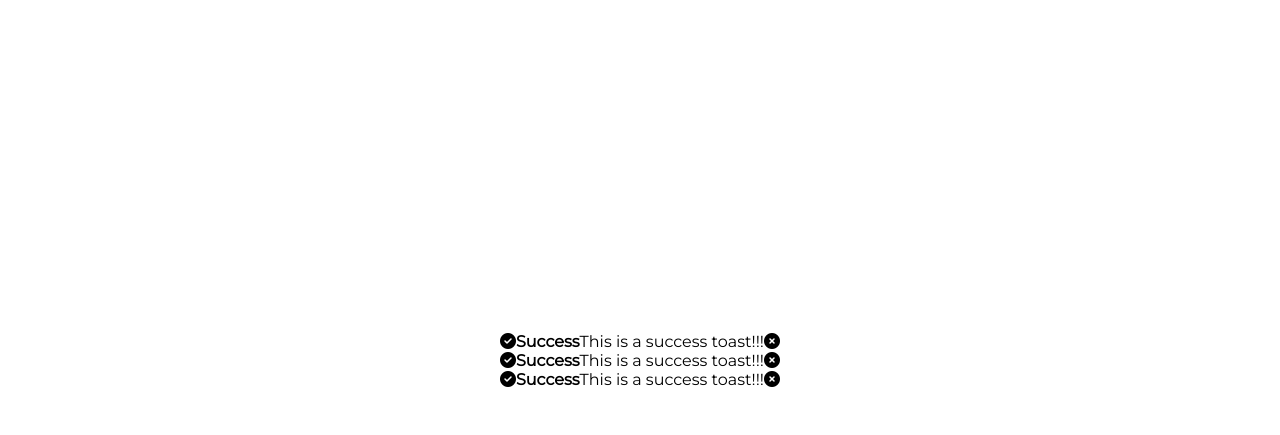
Repository: thuynguyen0964/Toast-Cooler
Page: index.html
The author's editor kept a copy of each file at every save. The page is drawn from the files as they stood at one save, then again after the next save.
The browser window is 1280 px wide. The pictures show the whole page.

Above is the page before, as saved 2023-01-26 20:18:31.

### index.html
<!DOCTYPE html>
<html lang="en">
<head>
    <meta charset="UTF-8">
    <meta http-equiv="X-UA-Compatible" content="IE=edge">
    <meta name="viewport" content="width=device-width, initial-scale=1.0">
    <title>Toast Mess Cooler</title>
    <link href="https://fonts.googleapis.com/css2?family=Montserrat:wght@300;400&display=swap" rel="stylesheet">
    <link rel="stylesheet" href="https://cdnjs.cloudflare.com/ajax/libs/font-awesome/6.2.1/css/all.min.css">
    <link rel="stylesheet" href="./app/style.css">
</head>
<body>
    <ul class="container">
        <li class="toast success">
            <div class="icon">
                <i class="fa-solid fa-circle-check"></i>
            </div>
            <h4 class="toast__title">
                Success
            </h4>
            <p class="toast__desc">
                This is a success toast!!!
            </p>
            <div class="icon__close">
                <i class="fa-solid fa-circle-xmark"></i>
            </div>
        </li>
        <li class="toast error">
            <div class="icon">
                <i class="fa-solid fa-circle-check"></i>
            </div>
            <h4 class="toast__title">
                Success
            </h4>
            <p class="toast__desc">
                This is a success toast!!!
            </p>
            <div class="icon__close">
                <i class="fa-solid fa-circle-xmark"></i>
            </div>
        </li>
        <li class="toast infor">
            <div class="icon">
                <i class="fa-solid fa-circle-check"></i>
            </div>
            <h4 class="toast__title">
                Success
            </h4>
            <p class="toast__desc">
                This is a success toast!!!
            </p>
            <div class="icon__close">
                <i class="fa-solid fa-circle-xmark"></i>
            </div>
        </li>
    </ul>
</body>
</html>

### app/style.css
*{
    margin: 0;
    padding: 0;
    box-sizing: border-box;
}
body{
    font-family: "Montserrat", sans-serif;
    display: flex;
    align-items: center;
    justify-content: center;
    min-height: 100vh;
}

.toast{
    list-style: none;
    display: flex;
}

After the next save:
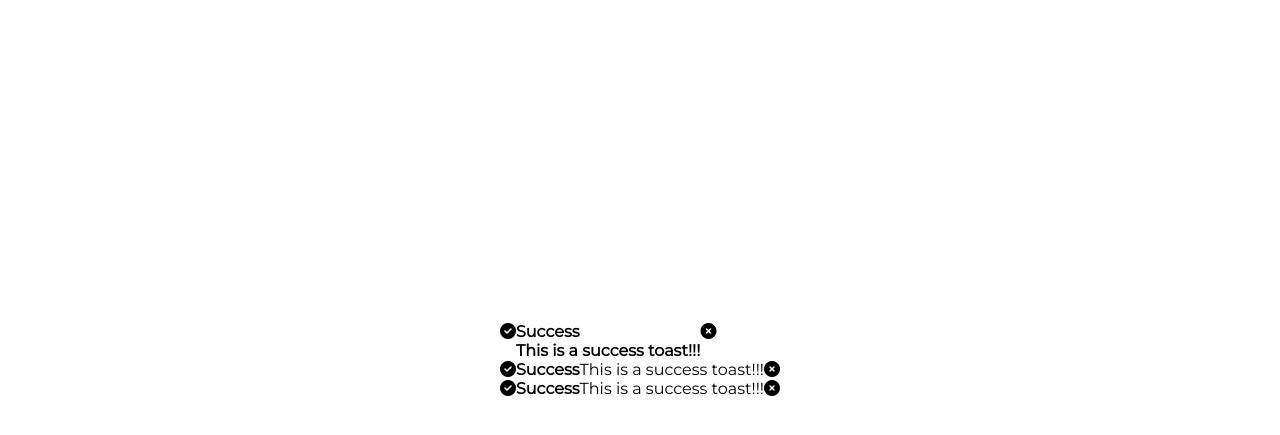
Saved 17 s later.
--- a/index.html
+++ b/index.html
@@ -17,10 +17,10 @@
             </div>
             <h4 class="toast__title">
                 Success
+                <p class="toast__desc">
+                    This is a success toast!!!
+                </p>
             </h4>
-            <p class="toast__desc">
-                This is a success toast!!!
-            </p>
             <div class="icon__close">
                 <i class="fa-solid fa-circle-xmark"></i>
             </div>

After the save that followed:
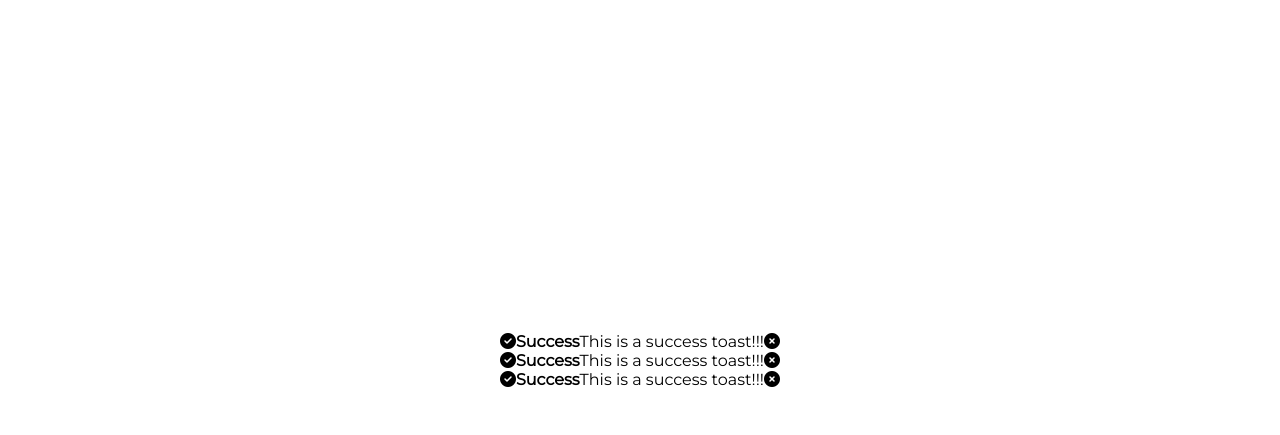
Saved 5 s later.
--- a/index.html
+++ b/index.html
@@ -17,10 +17,10 @@
             </div>
             <h4 class="toast__title">
                 Success
-                <p class="toast__desc">
-                    This is a success toast!!!
-                </p>
             </h4>
+            <p class="toast__desc">
+                This is a success toast!!!
+            </p>
             <div class="icon__close">
                 <i class="fa-solid fa-circle-xmark"></i>
             </div>
